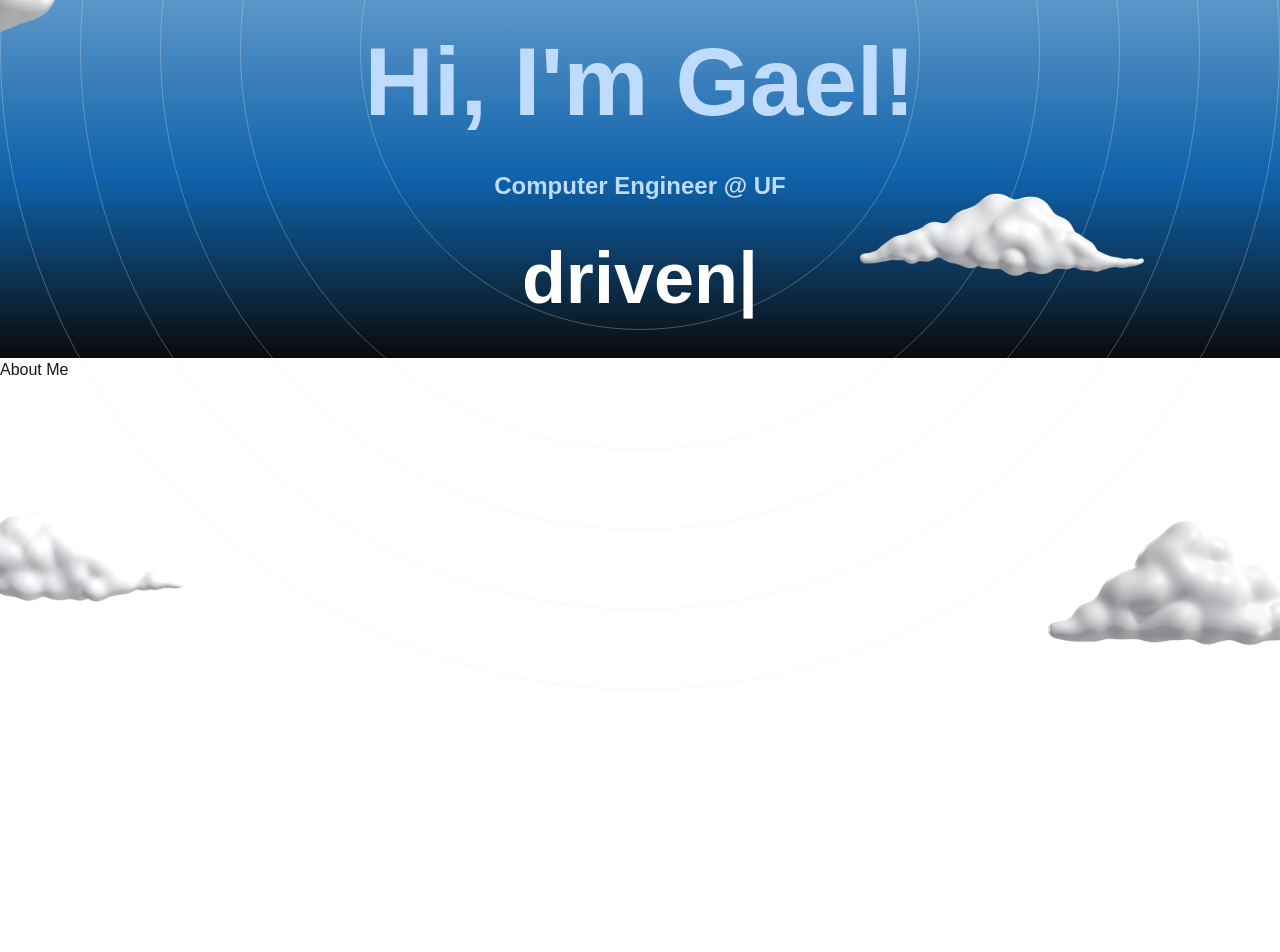
Repository: GG1627/2d-portfolio
Page: /
An editor plug-in stored every save of this project. The page is shown before and after the next save, followed by the edit.
The browser window is 1280 px wide. The pictures show the part of the page from y = 362 to 1314 px (the page is 4060 px tall before and 4780 px after).
The project was rebuilt for these pictures with package versions that can differ from the ones it lists, and the page was loaded fresh each time. The framework's server and built-in components were replaced by stand-ins that run in the browser. Also part of the build but not shown: next.config.ts.

Above is the page before, as saved 2025-01-08 02:18:46.

After the next save:
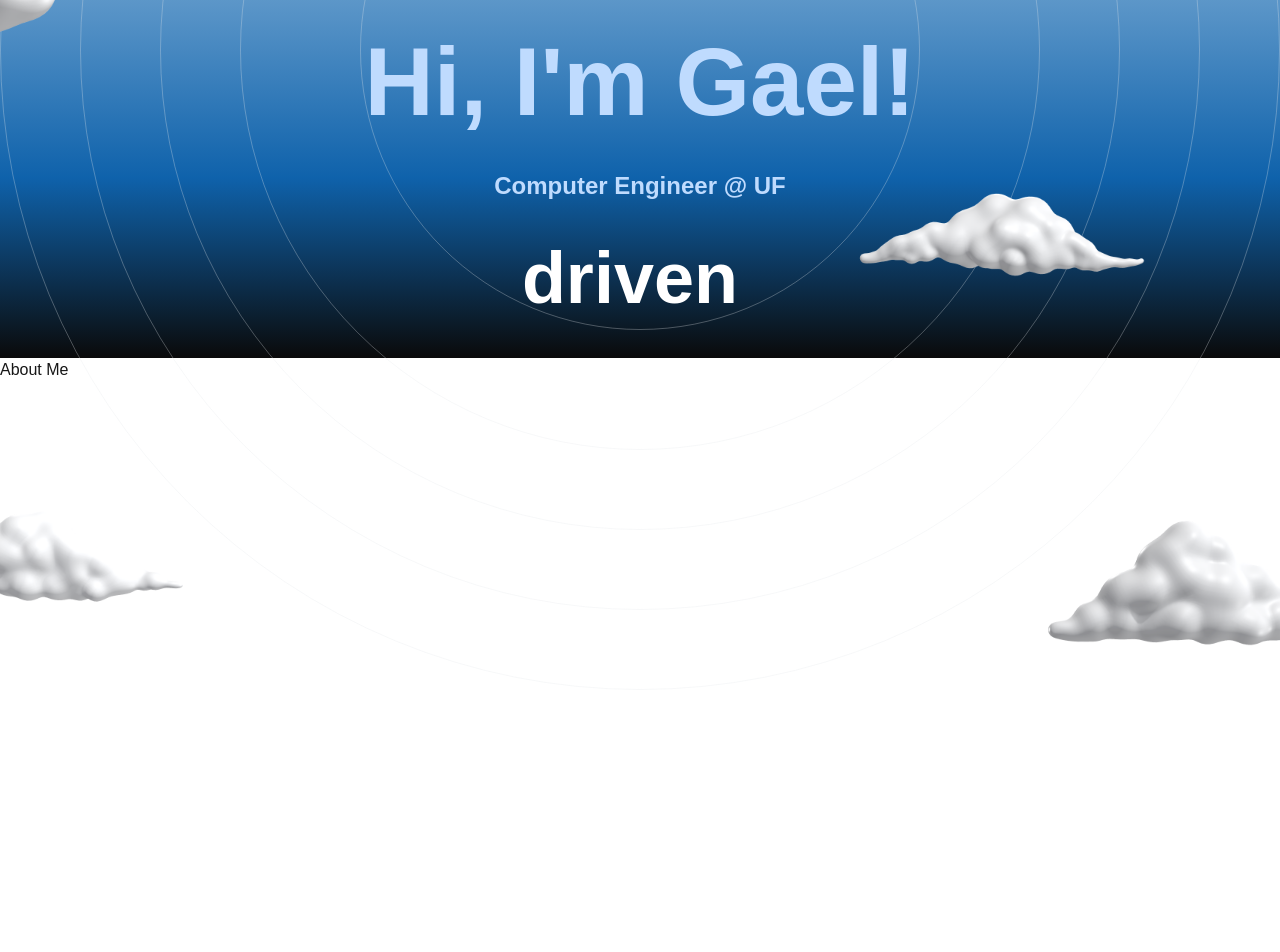
Saved 16 s later.
--- a/app/page.tsx
+++ b/app/page.tsx
@@ -3,6 +3,7 @@
 import { Projects } from "./sections/Projects";
 import { Navbar } from "./sections/Navbar";
 import { About } from "./sections/About";
+import { Contact } from "./sections/Contact";
 
 export default function Home() {
   return (
@@ -12,6 +13,7 @@
       <About />
       <Projects />
       <Stack />
+      <Contact />
     </div>
   );
 }
